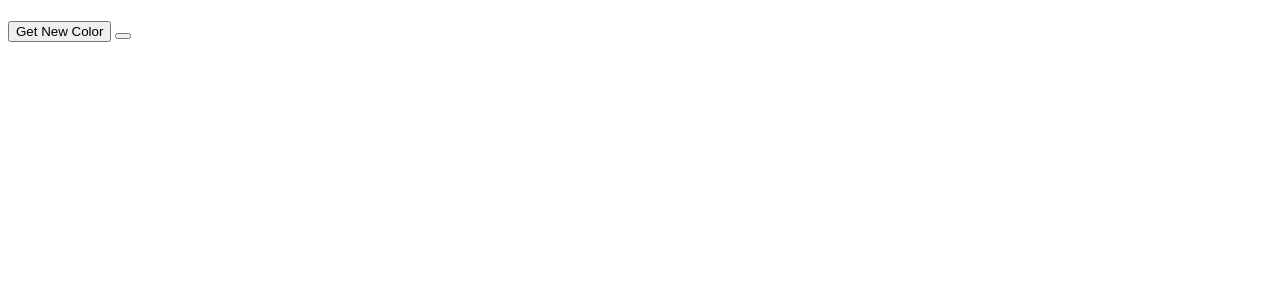
Repository: codimis/JSB-01-Color-Changer
Page: index.html
The author's editor kept a copy of each file at every save. The page is drawn from the files as they stood at one save, then again after the next save.
The browser window is 1280 px wide. The pictures show the whole page.

Above is the page before, as saved 2021-09-17 01:29:11.

After the next save:
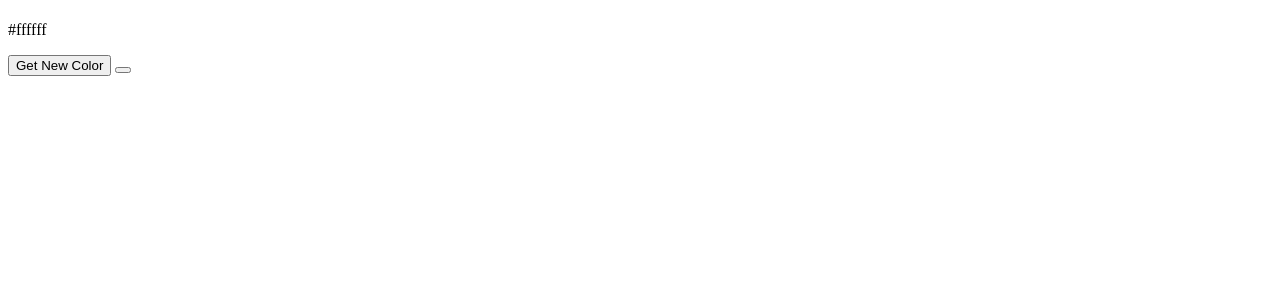
Saved 12 s later.
--- a/index.html
+++ b/index.html
@@ -11,7 +11,7 @@
 <body>
     <div class="container">
         <h1></h1>
-        <p id="currentColor"></p>
+        <p id="currentColor">#ffffff</p>
         <button id="pickColor">Get New Color</button>
         <button id="copyColor"></button></div>
 </body>
